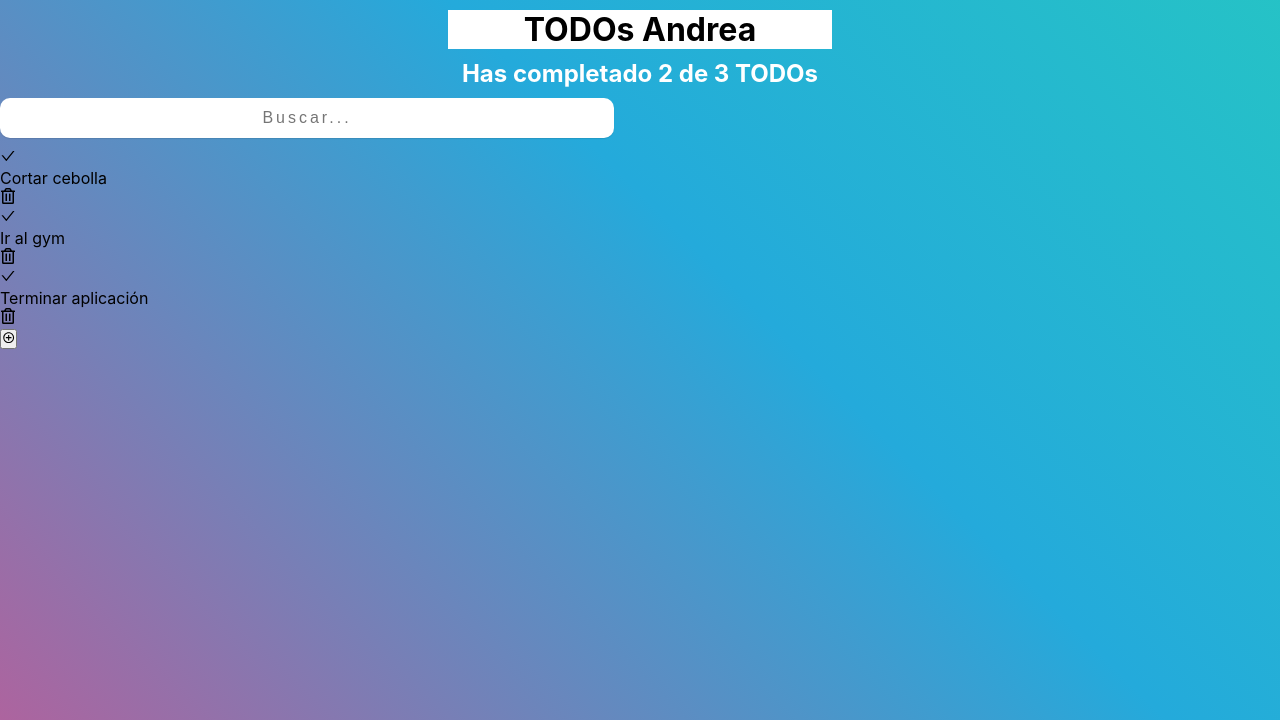
Repository: Pandrea-hub/TODOs
Page: /
The author's editor kept a copy of each file at every save. The page is drawn from the files as they stood at one save, then again after the next save.
The browser window is 1280 px wide. The pictures show the whole page.
The project was rebuilt for these pictures with package versions that can differ from the ones it lists, and the page was loaded fresh each time. Also part of the build but not shown: src/TodoItem.css.

Above is the page before, as saved 2022-06-07 09:44:53.

After the next save:
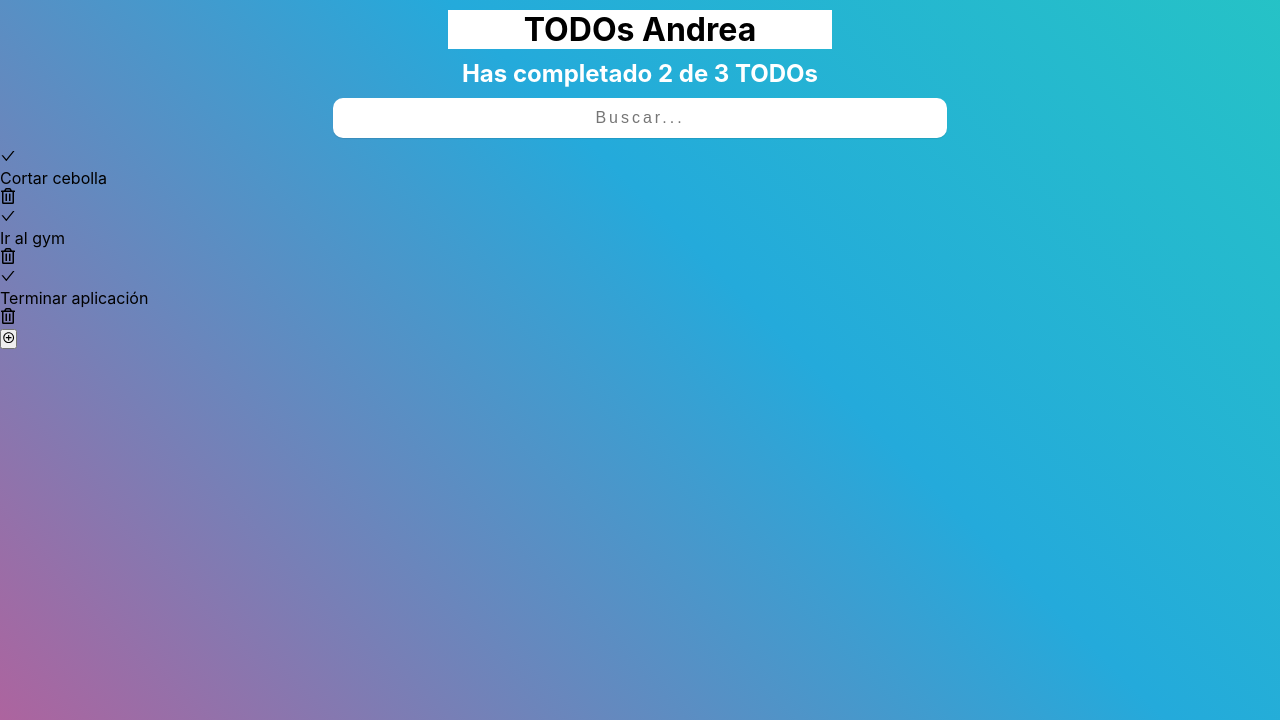
Saved 18 s later.
--- a/src/TodoSearch.css
+++ b/src/TodoSearch.css
@@ -14,6 +14,6 @@ input {
 
 @media screen and (min-width:768px) {
     input{
-        margin: 10px auto;
+        margin: 10px calc(50% - 307px);
     }
 }
